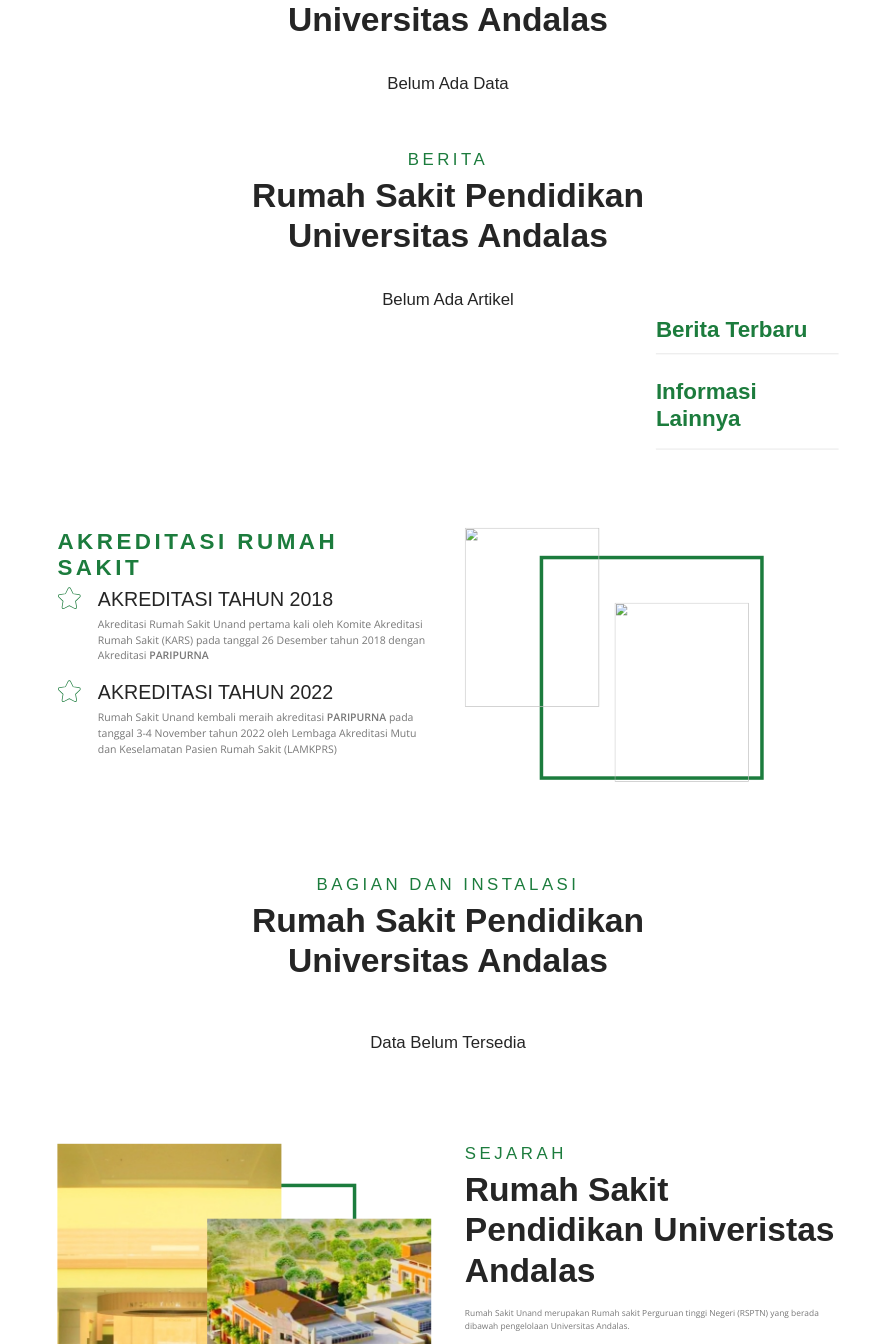
Repository: vivin-erialis/rsunand-site
Page: http://localhost/
These files come from the project's save history. The page is drawn as it stood at one moment and after the next save; the edit follows.
The browser window is 1280 px wide. The pictures show the part of the page from y = 320 to 2240 px (the page is 3087 px tall), at 70% of full size.
Some web fonts or font styles are not loaded; a fallback is used. Some web libraries are served in a nearby version. The page is served by the project's Laravel application, run on PHP 8.4 with Laravel 12. Queries for data that is not in the repository find no rows.

Above is the page before, as saved 2024-06-10 09:13:02.
Console error: TypeError: Cannot read properties of undefined (reading 'version')

After the next save:
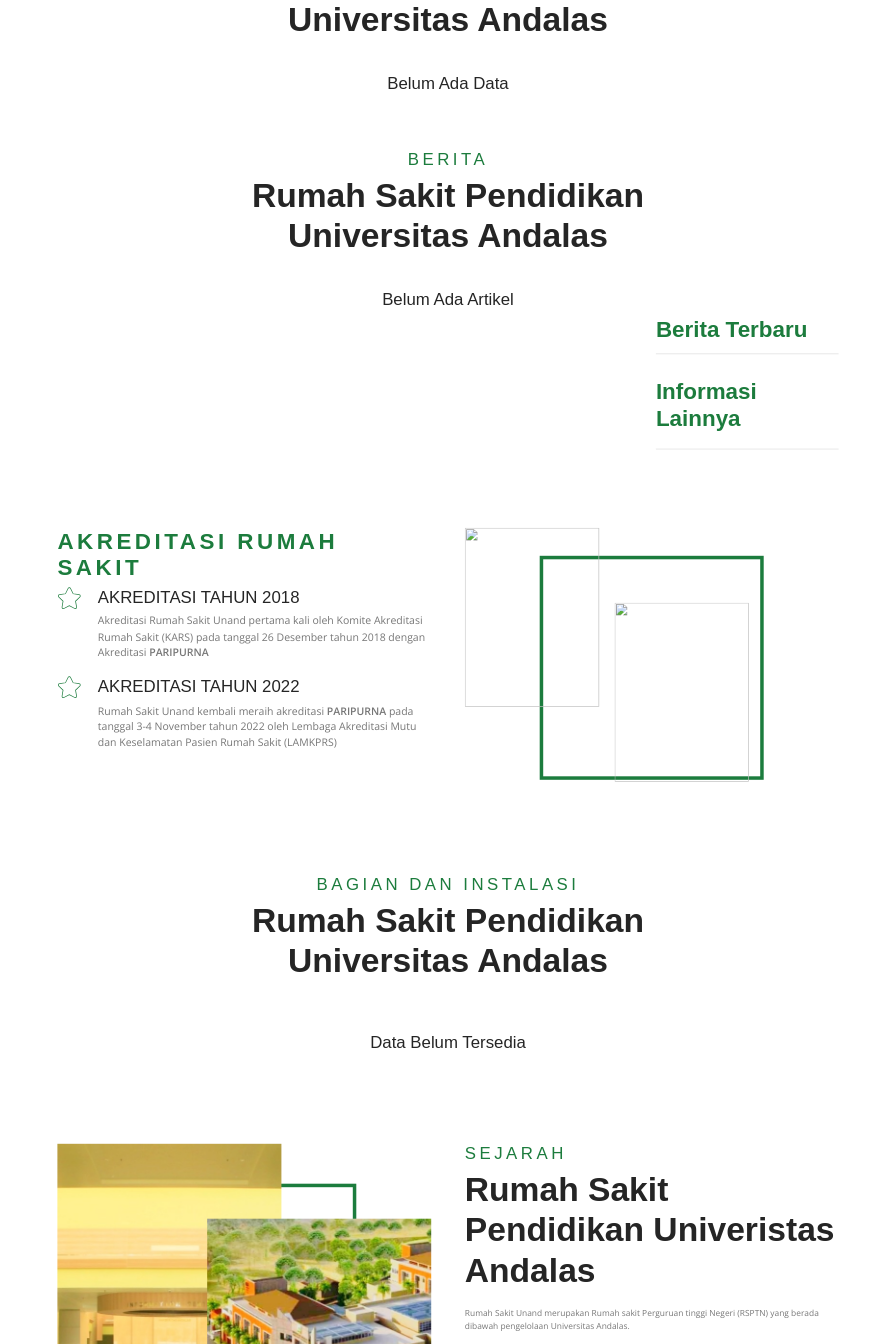
Saved 16 s later.
--- a/resources/views/Frontend/home.blade.php
+++ b/resources/views/Frontend/home.blade.php
@@ -234,7 +234,7 @@
                                     style="color: #1C7C3D; font-size: 30px; background: none; -webkit-text-stroke: 1px #1C7C3D; color: transparent;"></i>
                                 </i>
                                 <div class="ms-4">
-                                    <h3>AKREDITASI TAHUN 2018</h3>
+                                    <h4>AKREDITASI TAHUN 2018</h4>
                                     <p class="mb-0" style="font-size: 15px">Akreditasi Rumah Sakit Unand pertama kali
                                         oleh Komite Akreditasi
                                         Rumah Sakit (KARS) pada tanggal 26 Desember tahun 2018 dengan Akreditasi
@@ -249,7 +249,7 @@
                                     style="color: #1C7C3D; font-size: 30px; background: none; -webkit-text-stroke: 1px #1C7C3D; color: transparent;"></i>
                                 </i>
                                 <div class="ms-4">
-                                    <h3>AKREDITASI TAHUN 2022</h3>
+                                    <h4>AKREDITASI TAHUN 2022</h4>
                                     <p class="mb-0" style="font-size: 15px">Rumah Sakit Unand kembali meraih akreditasi
                                         <strong>PARIPURNA</strong> pada tanggal 3-4 November tahun 2022 oleh Lembaga
                                         Akreditasi Mutu dan Keselamatan Pasien Rumah Sakit (LAMKPRS)
